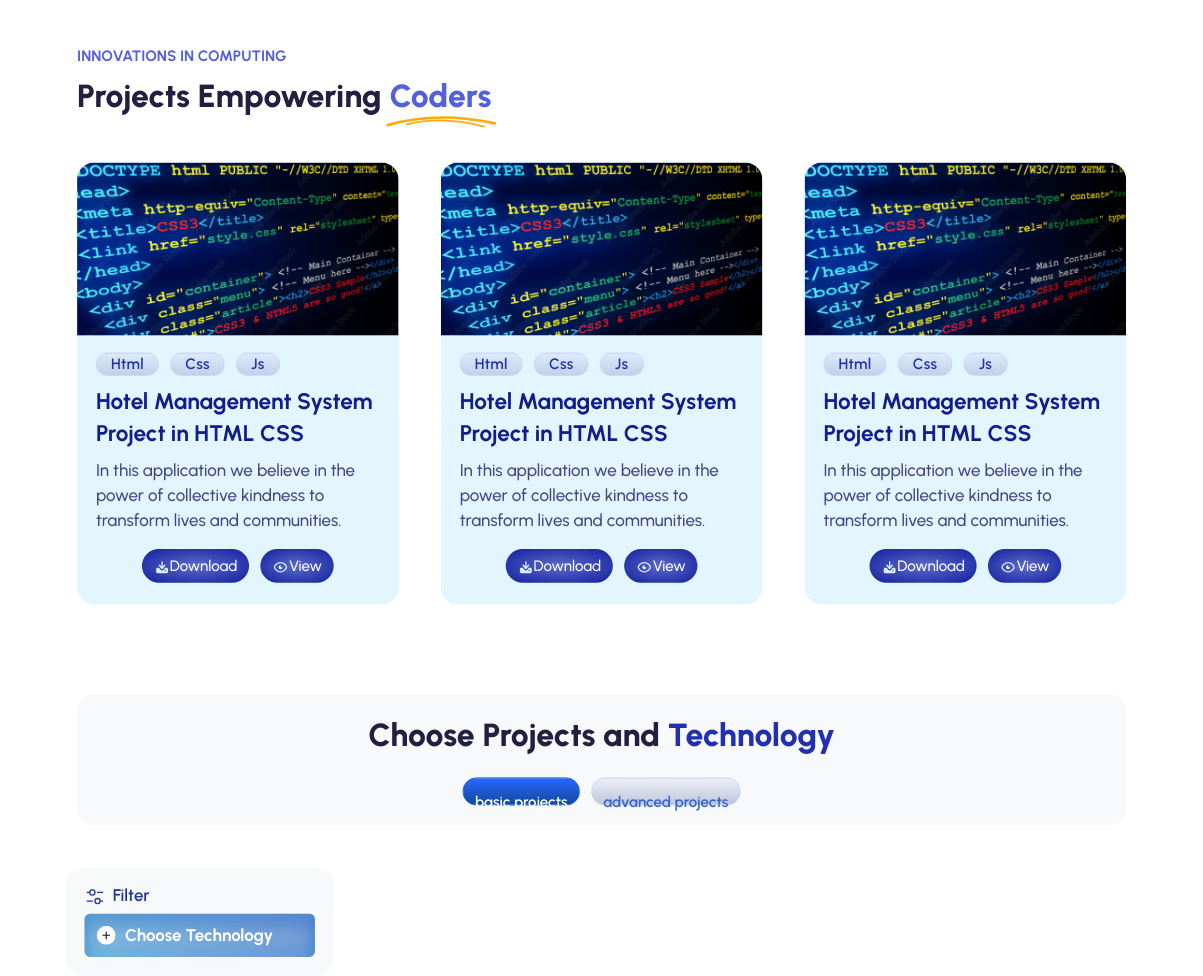
Repository: sharma171/jtccreativeideas
Page: /newsection (app in nextjssite/)
An editor plug-in stored every save of this project. The page is shown before and after a run of saves, followed by the edit.
The browser window is 1280 px wide. The pictures show the whole page, at 94% of full size.
The project was rebuilt for these pictures with package versions that can differ from the ones it lists, and the page was loaded fresh each time. The framework's server and built-in components were replaced by stand-ins that run in the browser. Also part of the build but not shown: nextjssite/next.config.mjs.

Above is the page before, as saved 2024-03-30 16:59:41.

After the next 2 saves:
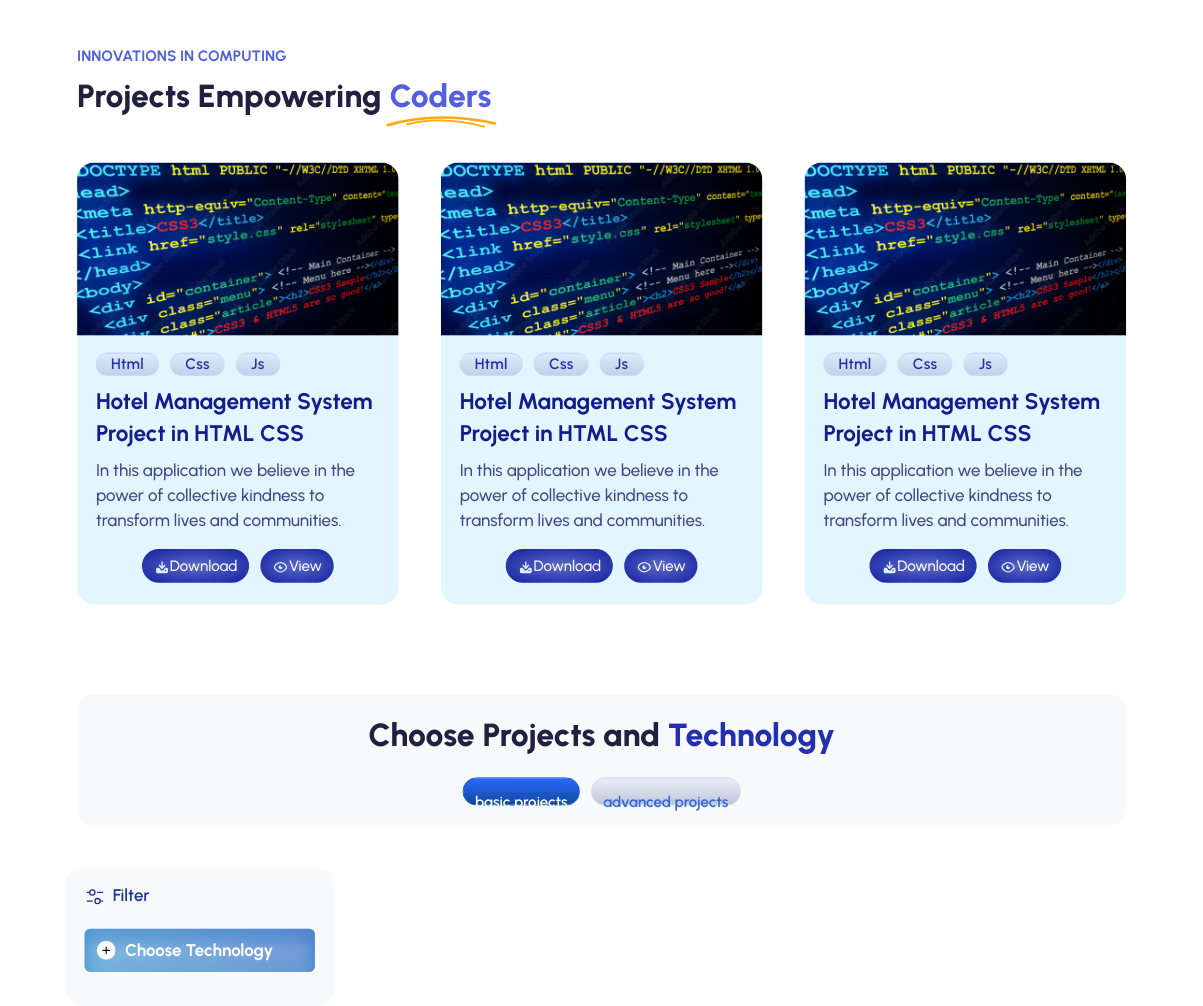
The 2 saves are shown as one change because they came seconds apart.
The last was saved 102 s later.
--- a/nextjssite/src/app/newsection/page.css
+++ b/nextjssite/src/app/newsection/page.css
@@ -312,6 +312,9 @@ section.projects {
     background: #F7F9FB;
     padding: 20px;
     border-radius: 18px;
+    display: flex;
+    flex-direction: column;
+    gap: 16px;
 }
 .ecom-filter .icon-tophead {
     display: flex;
